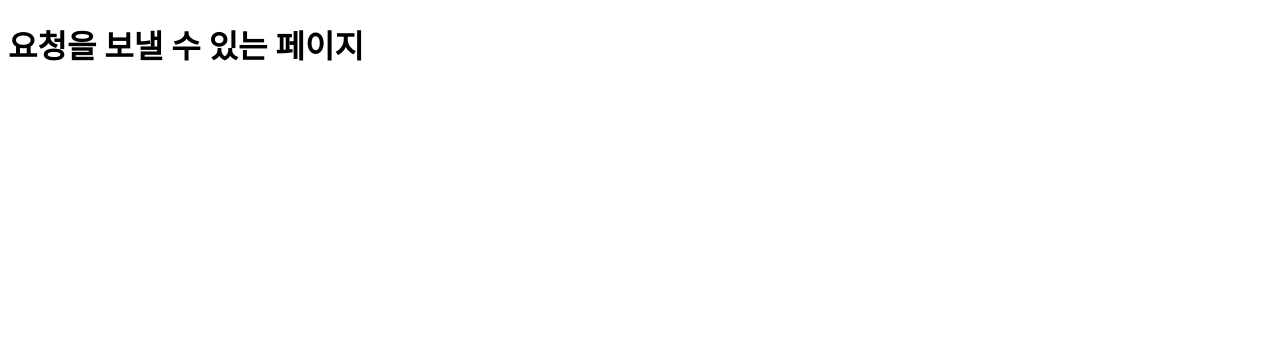
Repository: 1018lmh-hub/java_dynamic
Page: MyFirstWebProject/src/main/webapp/views/request_get.html
The author's editor kept a copy of each file at every save. The page is drawn from the files as they stood at one save, then again after the next save.
The browser window is 1280 px wide. The pictures show the whole page.

Above is the page before, as saved 2026-05-04 03:28:14.

### MyFirstWebProject/src/main/webapp/views/request_get.html
<!DOCTYPE html>
<html>
<head>
<meta charset="UTF-8">
<title>요청을 보내야겠다</title>
</head>
<body>

	<h1>요청을 보낼 수 있는 페이지</h1>
</body>
</html>

After the next save:
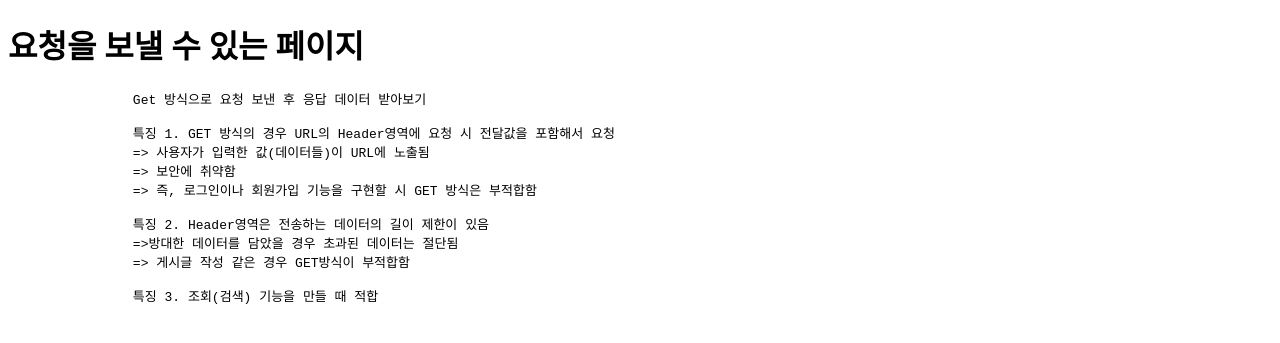
Saved 16 min 24 s later.
--- a/MyFirstWebProject/src/main/webapp/views/request_get.html
+++ b/MyFirstWebProject/src/main/webapp/views/request_get.html
@@ -7,5 +7,21 @@
 <body>
 
 	<h1>요청을 보낼 수 있는 페이지</h1>
+
+	<pre>
+		Get 방식으로 요청 보낸 후 응답 데이터 받아보기
+
+		특징 1. GET 방식의 경우 URL의 Header영역에 요청 시 전달값을 포함해서 요청
+		=> 사용자가 입력한 값(데이터들)이 URL에 노출됨
+		=> 보안에 취약함
+		=> 즉, 로그인이나 회원가입 기능을 구현할 시 GET 방식은 부적합함
+
+		특징 2. Header영역은 전송하는 데이터의 길이 제한이 있음
+		=>방대한 데이터를 담았을 경우 초과된 데이터는 절단됨
+		=> 게시글 작성 같은 경우 GET방식이 부적합함
+
+		특징 3. 조회(검색) 기능을 만들 때 적합
+
+	</pre>
 </body>
 </html>
